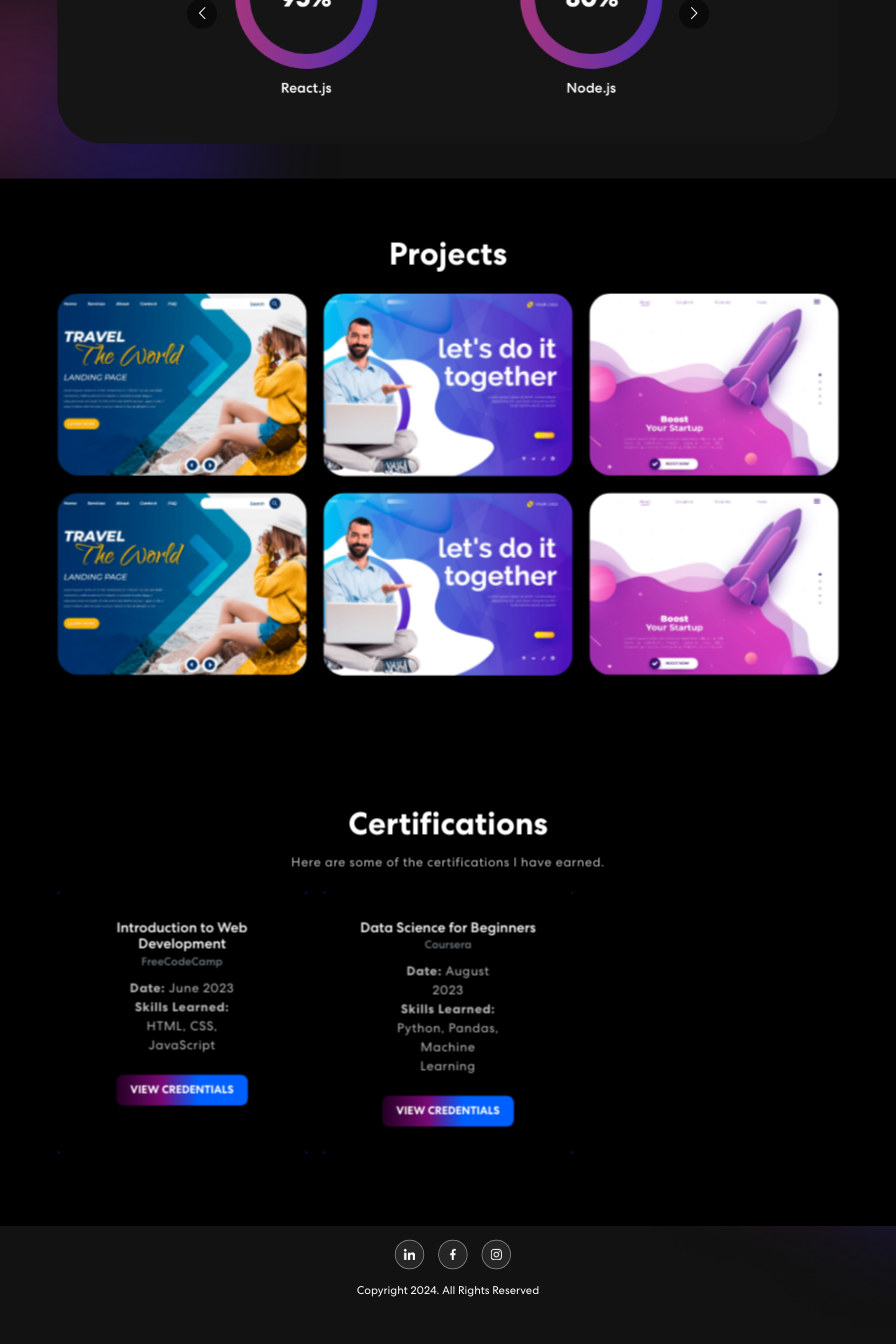
Repository: ChakerChourouk/personal-portfolio
Page: /
An editor plug-in stored every save of this project. The page is shown before and after the next save, followed by the edit.
The browser window is 1280 px wide. The pictures show the part of the page from y = 1123 to 3043 px (the page is 3043 px tall), at 70% of full size.
The project was rebuilt for these pictures with package versions that can differ from the ones it lists, and the page was loaded fresh each time.

Above is the page before, as saved 2024-09-19 20:59:50.

After the next save:
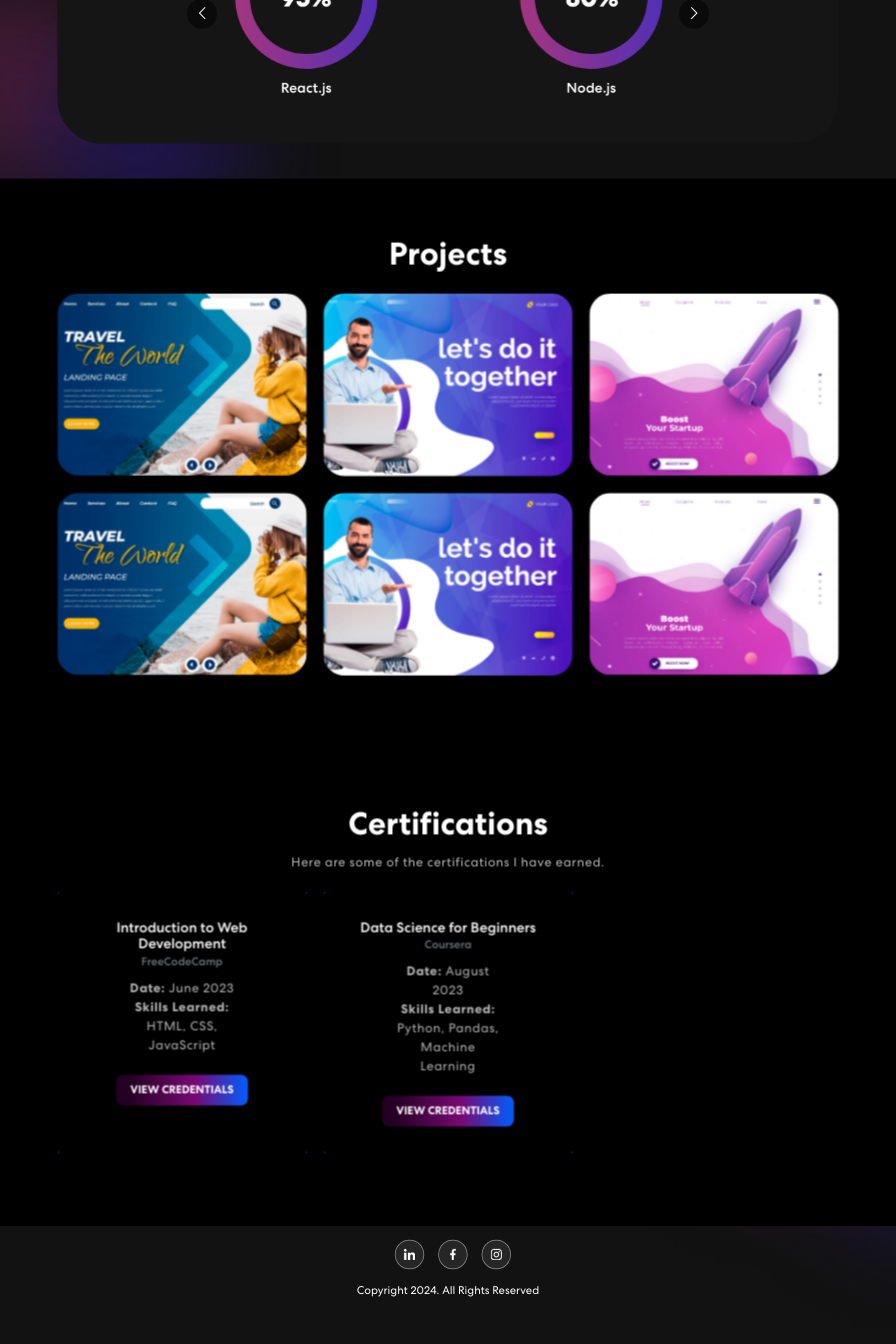
Saved 56 s later.
--- a/src/components/ProjectCard2.css
+++ b/src/components/ProjectCard2.css
@@ -17,7 +17,7 @@
   /* Rainbow button */
   .rainbow-button {
     background: rgb(36,0,36);
-    background: linear-gradient(90deg, rgba(36,0,36,1) 0%, rgba(121,9,117,1) 35%, rgba(0,95,255,1) 62%);
+    background: linear-gradient(90deg, rgba(36,0,36,1) 9%, rgba(121,9,117,1) 60%, rgba(0,95,255,1) 100%);
     border: none;
     color: white;
     border-radius: 10px;
